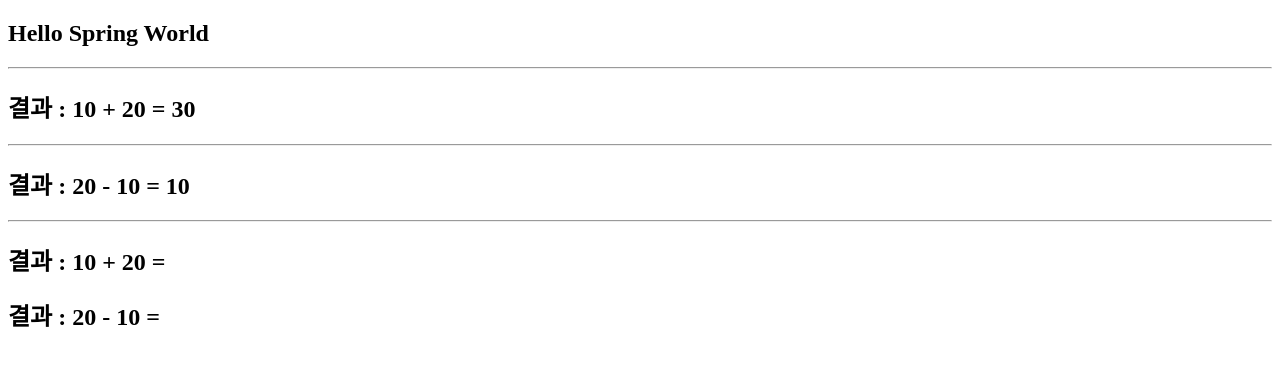
Repository: wjsjsn/23_springstudy
Page: http://localhost/Spring_DI/
An editor plug-in stored every save of this project. The page is shown before and after the next save, followed by the edit.
The browser window is 1280 px wide. The pictures show the whole page.
The page is served by Tomcat 9.

Above is the page before, as saved 2023-07-25 08:43:28.

After the next save:
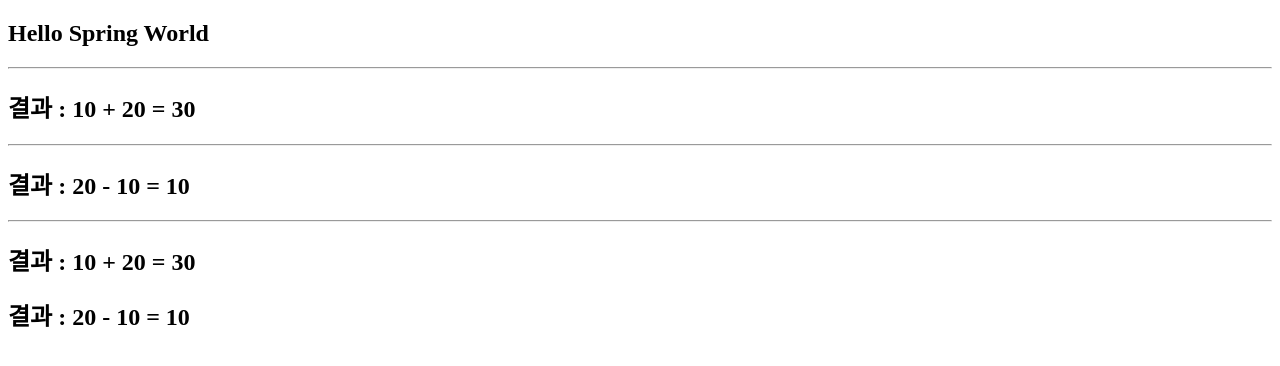
Saved 114 s later.
--- a/Spring_DI/src/main/webapp/index.jsp
+++ b/Spring_DI/src/main/webapp/index.jsp
@@ -38,10 +38,12 @@
 	MyCalc mc = (MyCalc)context.getBean("mycalc");
 	int result = mc.plus(10, 20);
 	out.println("<h2> 결과 : 10 + 20 = " + result + "</h2><hr>");
+	pageContext.setAttribute("result", result);
 
 	mc.minus(20, 10);
 	int result2 = mc.getResult();
 	out.println("<h2> 결과 : 20 - 10 = " + result2 + "</h2>");
+	pageContext.setAttribute("result2", result2);
 	%>
 	<hr>
 
